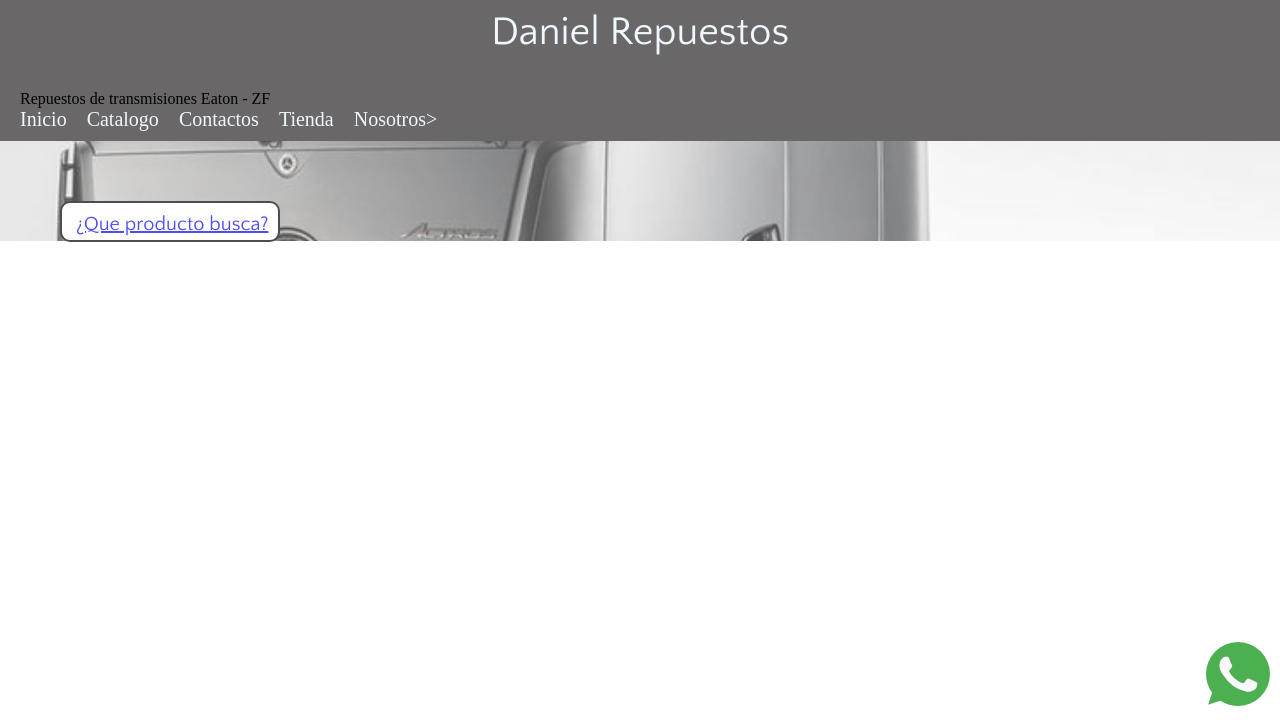
Repository: minesterani/proyecto-caja
Page: pages/nosotros.html
The author's editor kept a copy of each file at every save. The page is drawn from the files as they stood at one save, then again after the next save.
The browser window is 1280 px wide. The pictures show the whole page.

Above is the page before, as saved 2024-10-02 09:01:37.

After the next save:
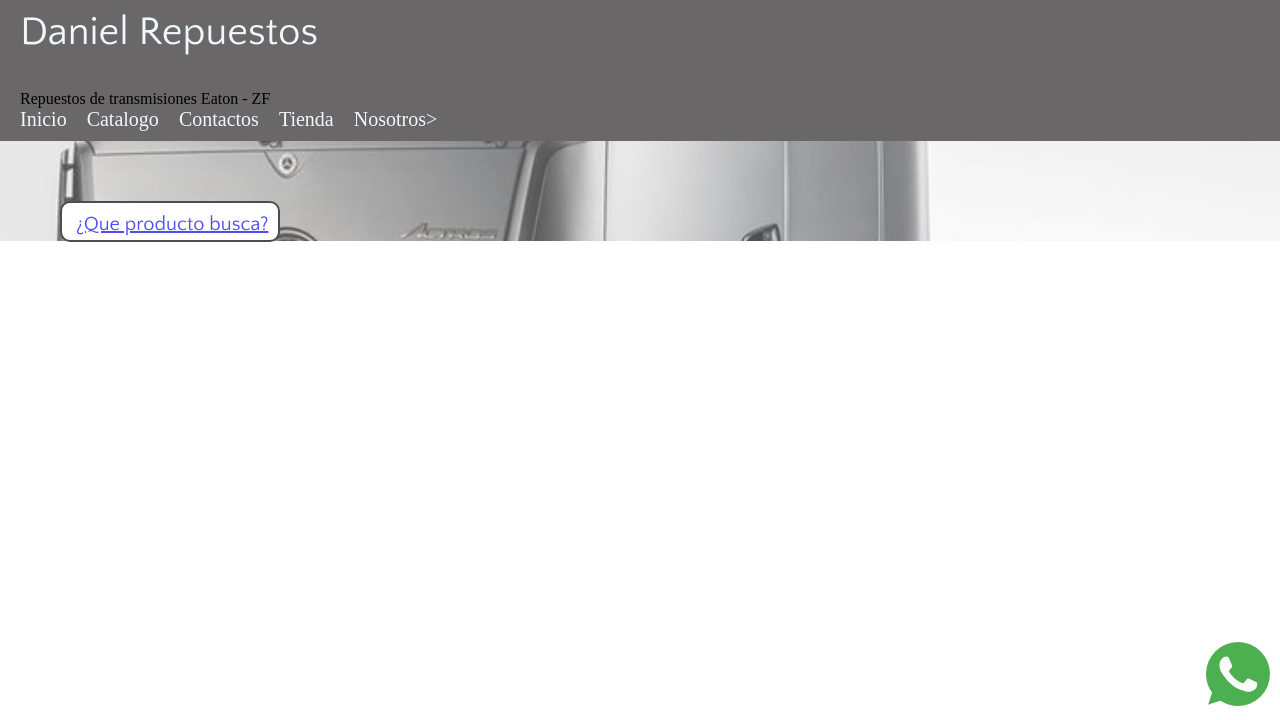
Saved 34 s later.
--- a/css/style.css
+++ b/css/style.css
@@ -40,9 +40,7 @@
     justify-content: center;
     align-items: flex-start;
     padding: 10px 20px;
-    position: sticky;
-    top: 0;
-    text-align: center;
+
 }
 .header-index nav {
 
